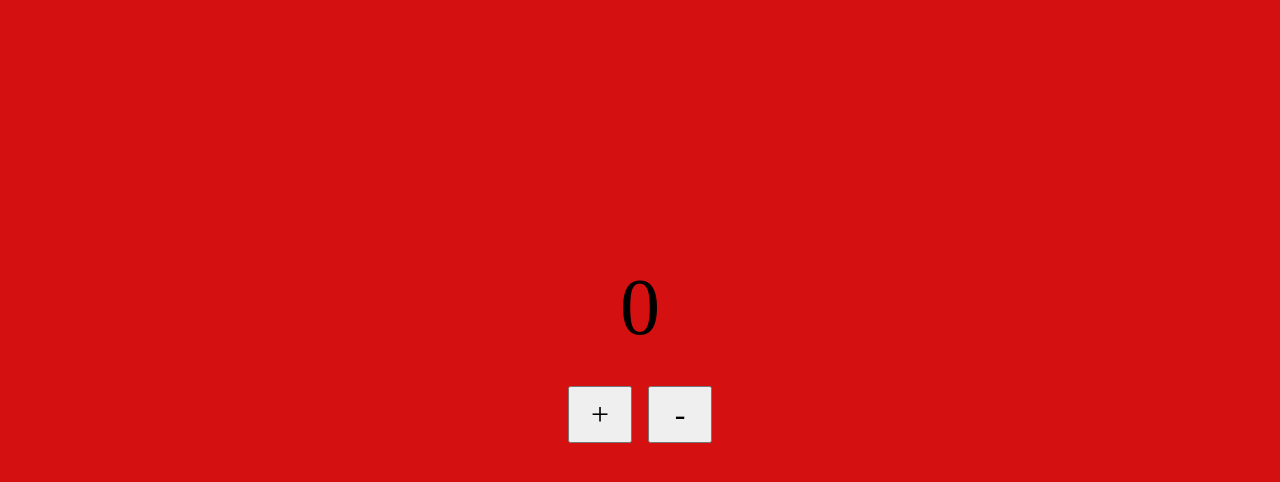
Repository: nasimqureshi/counter-in-redux
Page: /
The author's editor kept a copy of each file at every save. The page is drawn from the files as they stood at one save, then again after the next save.
The browser window is 1280 px wide. The pictures show the whole page.
The project was rebuilt for these pictures with package versions that can differ from the ones it lists, and the page was loaded fresh each time.

Above is the page before, as saved 2024-10-16 22:57:05.

### src/index.js
import React from 'react';
import ReactDOM from 'react-dom';
import './index.css';
import App from './App';
import { store } from './app/store';
import { Provider } from 'react-redux';

ReactDOM.render(
  <React.StrictMode>
    <Provider store={store}>
      <App />
    </Provider>
  </React.StrictMode>,
  document.getElementById('root')
);

### src/index.css
* {
  margin: 0;
  padding: 0;
  box-sizing: border-box;
}

body {
  min-height: 100vh;
  font-size: 5rem;
  display: grid;
  place-content: center;
  background-color: #d51010;
}

input,
button {
  font: inherit;
  padding: 0.5rem;
}

section {
  display: flex;
  flex-direction: column;
  justify-content: center;
  align-items: center;
}

input {
  text-align: center;
  max-width: 2.5em;
}

button {
  font-size: 2rem;
  margin: 0.5em 0 0.5em 0.5em;
  min-width: 2em;
}

button:first-child {
  margin-left: 0;
}

### src/App.js

import Counter from "./features/counter/Counter";
function App() {
  return (
    <div className="App">
      <Counter />
    </div>
  );
}

export default App;

### src/app/store.js
import { configureStore } from "@reduxjs/toolkit";
import counterReducer from '../features/counter/counterSlice';

export const store = configureStore({
  reducer: {
    counter: counterReducer,
  }
})

### src/features/counter/Counter.js
import React from 'react';
import { useSelector, useDispatch } from 'react-redux';
import { increment, decrement } from './counterSlice';

const Counter = () => {
  const count = useSelector((state) => state.counter.count);
  const dispatch = useDispatch();

  return (
    <section>
      <p>{count}</p>
      <div>
        <button onClick={()=> dispatch(increment())}>+</button>
        <button onClick={()=> dispatch(decrement())}>-</button>
      </div>
    </section>
  );
}

export default Counter;

### src/features/counter/counterSlice.js
import { createSlice } from '@reduxjs/toolkit'

const initialState = {
  count: 0
}
export const counterSlice = createSlice({
    name:'counter',
    initialState,
    reducers: {
      increment: (state) => {
        state.count += 1;
      },
      decrement: (state) => {
        state.count -= 1;
      }
    }
})
export const { increment, decrement } = counterSlice.actions;
export default counterSlice.reducer;

Loaded but not shown: public/index.html (common file)

After the next save:
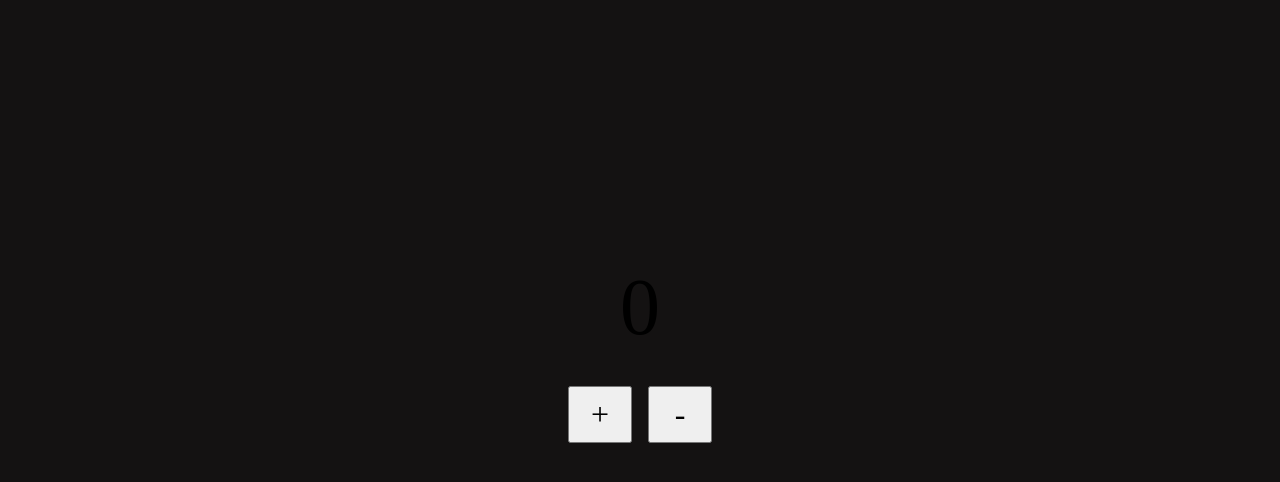
Saved 7 s later.
--- a/src/index.css
+++ b/src/index.css
@@ -9,7 +9,7 @@ body {
   font-size: 5rem;
   display: grid;
   place-content: center;
-  background-color: #d51010;
+  background-color: #141212;
 }
 
 input,
